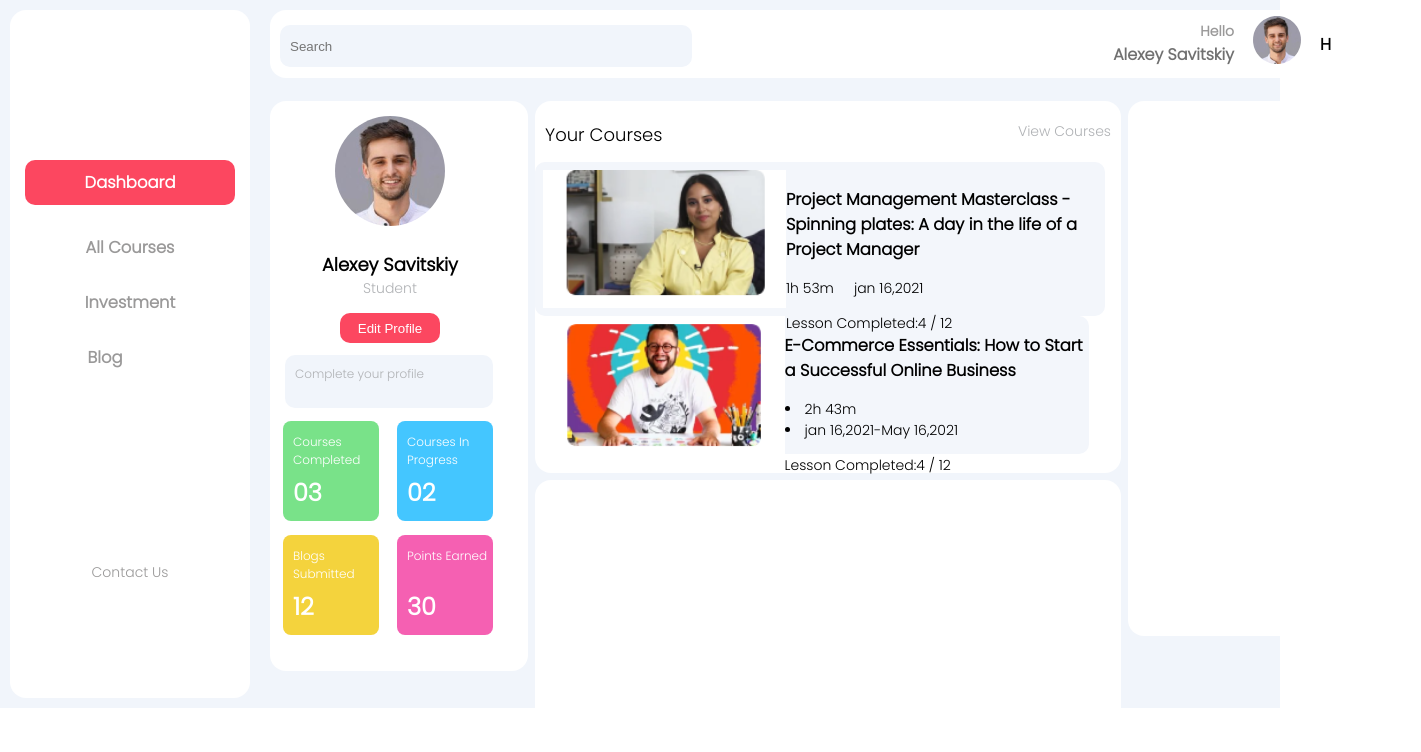
Repository: Anuruddha00/dashboard-design
Page: /
The author's editor kept a copy of each file at every save. The page is drawn from the files as they stood at one save, then again after the next save.
The browser window is 1280 px wide. The page is 1421 px wide, so the pictures cover 1421 px, including what lies to the right of the window. The pictures show the whole page.
The project was rebuilt for these pictures with package versions that can differ from the ones it lists, and the page was loaded fresh each time.

Above is the page before, as saved 2021-05-07 20:20:06.

After the next save:
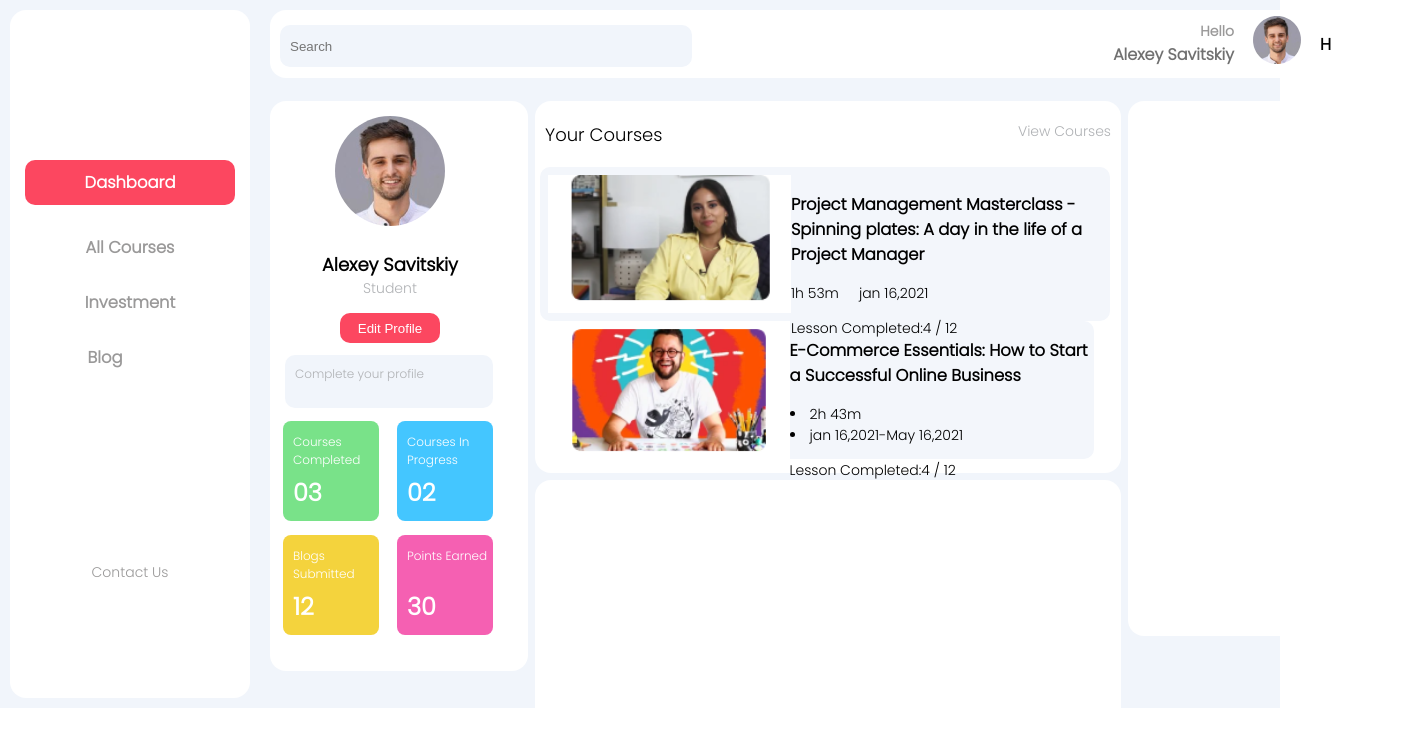
Saved 17 s later.
--- a/src/containers/Dashboard/Dashboard.scss
+++ b/src/containers/Dashboard/Dashboard.scss
@@ -274,7 +274,7 @@ body{
                                 }
                             }
                             &List{
-
+                                padding: 5PX;
 
                                 &Management{
                                     background: #f3f6fb;
